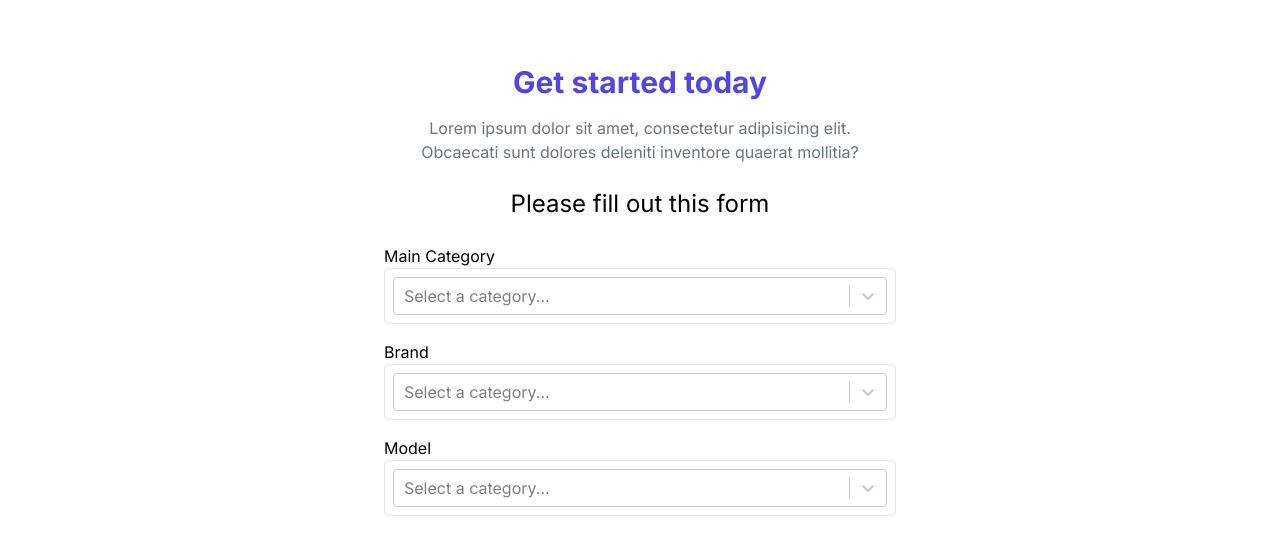
Repository: abdulrahmanmahmood/Mazaady-Portal-Frontend-Task-react-next--1
Page: /
The author's editor kept a copy of each file at every save. The page is drawn from the files as they stood at one save, then again after the next save.
The browser window is 1280 px wide. The pictures show the whole page.
The page's requests for data from a server got no answer. The project was rebuilt for these pictures with package versions that can differ from the ones it lists, and the page was loaded fresh each time. The framework's server and built-in components were replaced by stand-ins that run in the browser. No one was signed in, and anything a server would have sent is missing. Also part of the build but not shown: next.config.mjs.

Above is the page before, as saved 2024-01-29 20:46:35.

### app/page.js
"use client";
import Image from "next/image";
import Select from "react-select";
import { useEffect, useState } from "react";
import MCApis from "./_utils/MCApis";
import CarsModels from "./_utils/CarsModels";
import Cars from "./components/Cars";

export default function Home() {
  const [cats, setCats] = useState([]);
  const [selectedCat, setSelectedCat] = useState(null);
  const [selectedCatChildren, setSelectedCatChildren] = useState([]);
  const [selectedChild, setSelectedChild] = useState(null);
  const [selectedProperty, setSelectedProperty] = useState(null);
  const [otherValue, setOtherValue] = useState("");
  const [CarBrand,setCarBrand] = useState([])
  const [CarModel,setCarModel] = useState([])

  useEffect(() => {
    getAllCategories();
    getCarsBrand()
    getCarsModel()
  }, []);

  const getAllCategories = () => {
    MCApis.getAllCats().then((res) => {
      setCats(res.data.data.categories);
      // console.log(res.data.data.categories);
    });
  };
  const getCarsBrand=()=>{
    CarsModels.getCarBrand().then((res)=>{
      // console.log('cars brands',res.data.data[1].options);
      setCarBrand(res.data.data[1].options)
    })
  }

  const getCarsModel=()=>{
    CarsModels.getCarModel().then((res)=>{
      console.log('cars models',res.data.data[0].options);
      setCarModel(res.data.data[0].options)
    })
  }


  const handleChange = (selectedOption) => {
    const selectedCatItem = cats.find((cat) => cat.id === selectedOption.value);

    setSelectedCat(selectedOption);
    setSelectedCatChildren(selectedCatItem?.children || []);
    setSelectedChild(null);
    setSelectedProperty(null);
    setOtherValue("");
  };

  const handleChildChange = (selectedChildOption) => {
    setSelectedChild(selectedChildOption);
    setSelectedProperty(null);
    setOtherValue("");
  };

  const handlePropertyChange = (selectedPropertyOption) => {
    setSelectedProperty(selectedPropertyOption);
    if (selectedPropertyOption?.value !== "other") {
      setOtherValue("");
    }
  };

  return (
    <div className="mx-auto max-w-screen-xl px-4 py-16 sm:px-6 lg:px-8">
      <div className="mx-auto max-w-lg">
        <h1 className="text-center text-2xl font-bold text-indigo-600 sm:text-3xl">
          Get started today
        </h1>

        <p className="mx-auto mt-4 max-w-md text-center text-gray-500">
          Lorem ipsum dolor sit amet, consectetur adipisicing elit. Obcaecati
          sunt dolores deleniti inventore quaerat mollitia?
        </p>
        <h2 className="text-center text-2xl py-6">Please fill out this form</h2>

        {/* Main Category Dropdown */}
        <label htmlFor="main-category" className="">Main Category</label>
        <Select
        id="main-category"
          options={cats.map((item) => ({
            value: item?.id,
            label: item?.name,
          }))}
          onChange={handleChange}
          value={selectedCat}
          placeholder="Select a category..."
          className="p-2 border rounded-md focus:outline-none focus:ring focus:border-blue-300 mb-4 w-full"
        />

        {/* Children Category Dropdown */}
        {selectedCat && selectedCatChildren.length > 0 && (
    <>
          <label htmlFor="main-category" className="">Sub Category</label>

            <Select
              options={selectedCatChildren.map((child) => ({
                value: child.id,
                label: child.name,
              }))}
              onChange={handleChildChange}
              value={selectedChild}
              placeholder="Select a sub-category..."
              className="p-2 border rounded-md focus:outline-none focus:ring focus:border-blue-300 mb-4 w-full"
            />
    </>
        )}

        {/* Property Dropdown */}
        {selectedChild && (
<>
<label htmlFor="main-category" className="">Process Type</label>

            <Select
              options={(selectedChild?.properties || [])
                .map((property) => ({
                  value: property,
                  label: property,
                }))
                .concat([{ value: "other", label: "Other" }])}
              onChange={handlePropertyChange}
              value={selectedProperty}
              placeholder="Select a property..."
              className="p-2 border rounded-md focus:outline-none focus:ring focus:border-blue-300 mb-4 w-full"
            />
</>
        )}

        {/* Display Selected Category, Children, and Property */}
        {selectedCat && (
          <>
            {selectedProperty && selectedProperty.value === "other" && (
              <input
                type="text"
                value={otherValue}
                onChange={(e) => setOtherValue(e.target.value)}
                placeholder="From user"
                className="mt-4 w-full rounded-md shadow-sm p-3 border"
              />
            )}
            {/* ... (your existing code) */}
          </>
        )}

              <Cars carsBrand={CarBrand} carsModels={CarModel}/>






      </div>
    </div>
  );
}

### app/_utils/MCApis.js
const { default: axiosClient } = require("./axiosClient");

const getAllCats = ()=>axiosClient.get('/get_all_cats?=');

export default {
  getAllCats
}

### app/_utils/CarsModels.js
const { default: axiosClient } = require("./axiosClient");

const getCarBrand = () => axiosClient.get("/properties?cat=13 (2)");
const getCarModel = () => axiosClient.get("get-options-child/22");

export default {
  getCarBrand,
  getCarModel,
};

### app/components/Cars.js
import React from "react";
import Select from "react-select";


const Cars = ({carsBrand,carsModels}) => {
  return (
    <>
      <label htmlFor="main-category" className="">
        Brand
      </label>
      <Select
        id="main-category"
        options={carsBrand.map((item) => ({
          value: item?.id,
          label: item?.name,
        }))}
        // onChange={handleChange}
        // value={selectedCat}
        placeholder="Select a category..."
        className="p-2 border rounded-md focus:outline-none focus:ring focus:border-blue-300 mb-4 w-full"
      />
            <label htmlFor="main-category" className="">
        Model
      </label>
      <Select
        id="main-category"
        options={carsModels.map((item) => ({
          value: item?.id,
          label: item?.name,
        }))}
        // onChange={handleChange}
        // value={selectedCat}
        placeholder="Select a category..."
        className="p-2 border rounded-md focus:outline-none focus:ring focus:border-blue-300 mb-4 w-full"
      />
    </>
  );
};

export default Cars;

### app/_utils/axiosClient.js
const { default: axios } = require("axios");


const apiUrl = "https://staging.mazaady.com/api/v1";
const headers = {
  "private-key": "3%o8i}_;3D4bF]G5@22r2)Et1&mLJ4?$@+16"
};

const axiosClient = axios.create({
  baseURL:apiUrl,
  headers:headers

});

export default axiosClient;

Loaded but not shown: app/layout.js (common file); app/globals.css (common file); tailwind.config.js (common file)

After the next save:
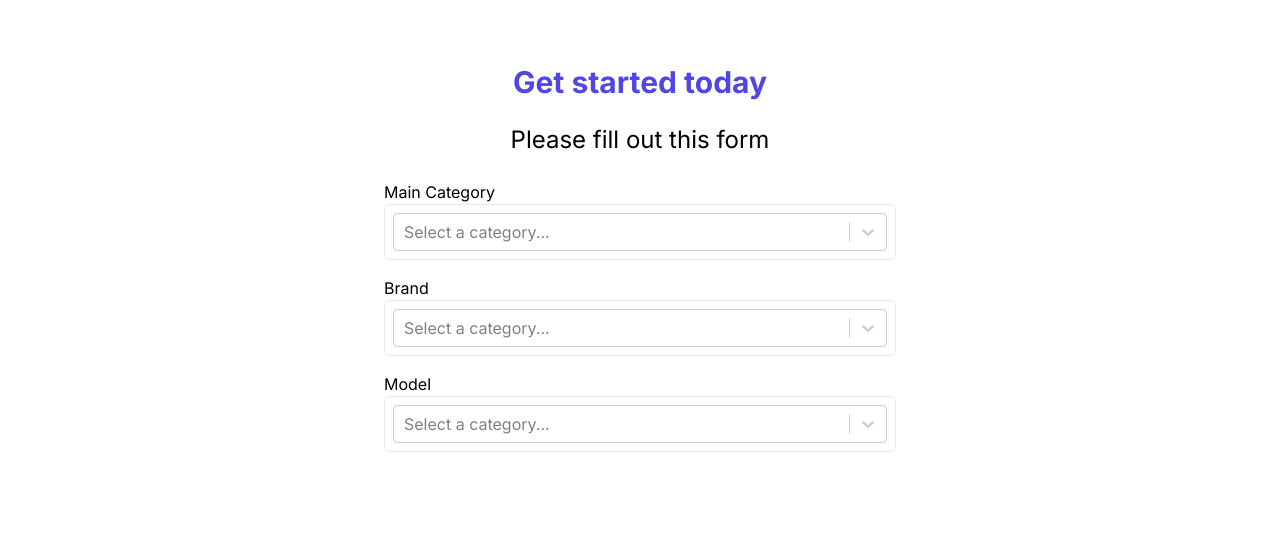
Saved 32 s later.
--- a/app/page.js
+++ b/app/page.js
@@ -73,10 +73,6 @@ export default function Home() {
           Get started today
         </h1>
 
-        <p className="mx-auto mt-4 max-w-md text-center text-gray-500">
-          Lorem ipsum dolor sit amet, consectetur adipisicing elit. Obcaecati
-          sunt dolores deleniti inventore quaerat mollitia?
-        </p>
         <h2 className="text-center text-2xl py-6">Please fill out this form</h2>
 
         {/* Main Category Dropdown */}
